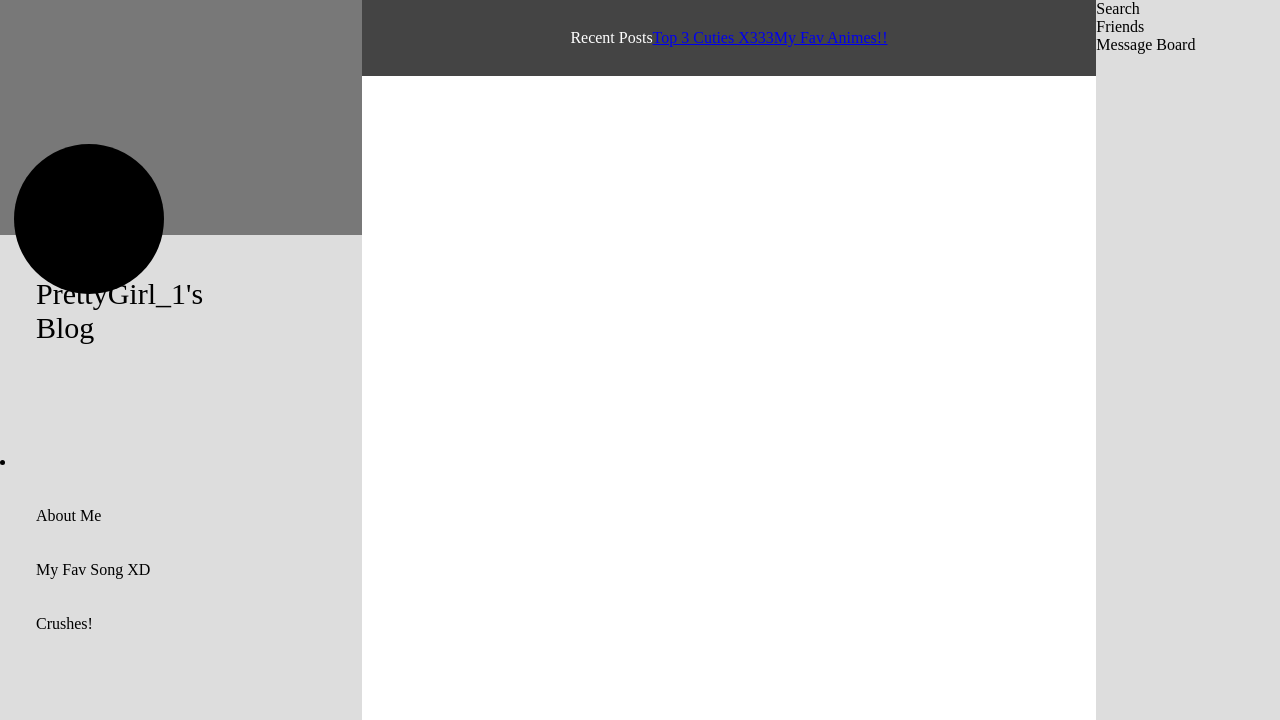
Repository: Jennica1/Frontend-Final
Page: index.html
These files come from the project's save history. The page is drawn as it stood at one moment and after the next save; the edit follows.
The browser window is 1280 px wide. The pictures show the whole page.

Above is the page before, as saved 2024-05-16 19:49:00.

### index.html
<!DOCTYPE html>
<html lang="en">

<head>
  <title>My Blog!!</title>
  <meta charset="UTF-8">
  <meta name="viewport" content="width=device-width, initial-scale=1">
  <link rel="stylesheet" href="style.css">
</head>

<body>
  <div class="content">

    <div class="flexbox">

      <div class="sidebar-wrapper">

        <!--Side Nav Left-->
        <div class="sidebar-left">
          <img src="images/Ellipse 1.svg" class="profile" width="150px" />
          <div class="background-container">
          <img src="images/Rectangle 2.svg" alt="background image" class="background-photo" />
          </div>
          <p class="username">@ponyboy_lovr22</p>
          <p class="nickname">PrettyGirl_1's Blog</p>
          <li class="sidebar-list">
            <ul class="item">About Me</ul>
            <ul class="item">My Fav Song XD</ul>
            <ul class="item">Crushes!</ul>
          </li>
        </div>
      </div>
      <!-- recents -->
      <div class="">
      </div>

      <div class="main-content"> <!-- PUT ALL MAIN CONTENT BELOW THE HEADER -->
        <!-- Header -->
        <header class="header">
          <li class="content-list">
            <ul>Recent Posts</ul>
            <ul><a class="rating-link" href="topThree.html">Top 3 Cuties X333</a></ul>
            <ul><a class="anime-link" href="anime.html">My Fav Animes!!</a></ul>
          </li>
        </header>
      </div>

      <!-- Pagination
    <div class="">
      <div class="">
        <a href="#" class="">«</a>
        <a href="#" class="">1</a>
        <a href="#" class="">2</a>
        <a href="#" class="">3</a>
        <a href="#" class="">4</a>
        <a href="#" class="">»</a>
      </div>
    -->
      <!--Side Nav Right-->
      <div class="sidebar-right">
        <div>Search</div>
        <div>Friends</div>
        <div>Message Board</div>
      </div>
    </div>


  </div>
  </div>
</body>

</html>

### style.css
* {
  margin: 0;
  padding: 0;
}

.content {
  display: flex;
  flex-direction: column;
}

.flexbox {
  display: flex;
  flex-direction: row;
  justify-content: space-between;
  gap: 0;
}

.sidebar-wrapper {
  display: flex;
  justify-content: center;
  height: 100vh;

}

.sidebar-left {
  position: relative;
  background-color: rgb(221, 221, 221);
  z-index: 0;
  padding-right: 9.1rem;
  width: 30vh;
}

.profile {
  z-index: 1;
  position: absolute;
  margin-top: 20vh;
  margin-left: 2vh;
}

.background-photo {
  position: absolute;
  top: 0;
  left: 0;
  width: 100%;

  object-fit: cover;

}

.background-container {
  width: 100%;
}

.username {
  margin-top: 30vh;
  margin-left: 20vh;
}
.nickname {
  font-size: 30px;
  margin-top: 6vh;
  margin-left: 5vh;
}
.sidebar-list {
margin-top: 15vh;
}
.item {
  margin: 5vh;
}

.content-list {
  display: flex;
  margin: 4vh;
}


.sidebar-right {
  background-color: rgb(221, 221, 221);
  z-index: 0;
  width: 25%;
}

.header {
  background-color: #444444;
  color: #ffffff;
  display: flex;
  justify-content: center;
}

.main-content {
  width: 100%;
}

After the next save:
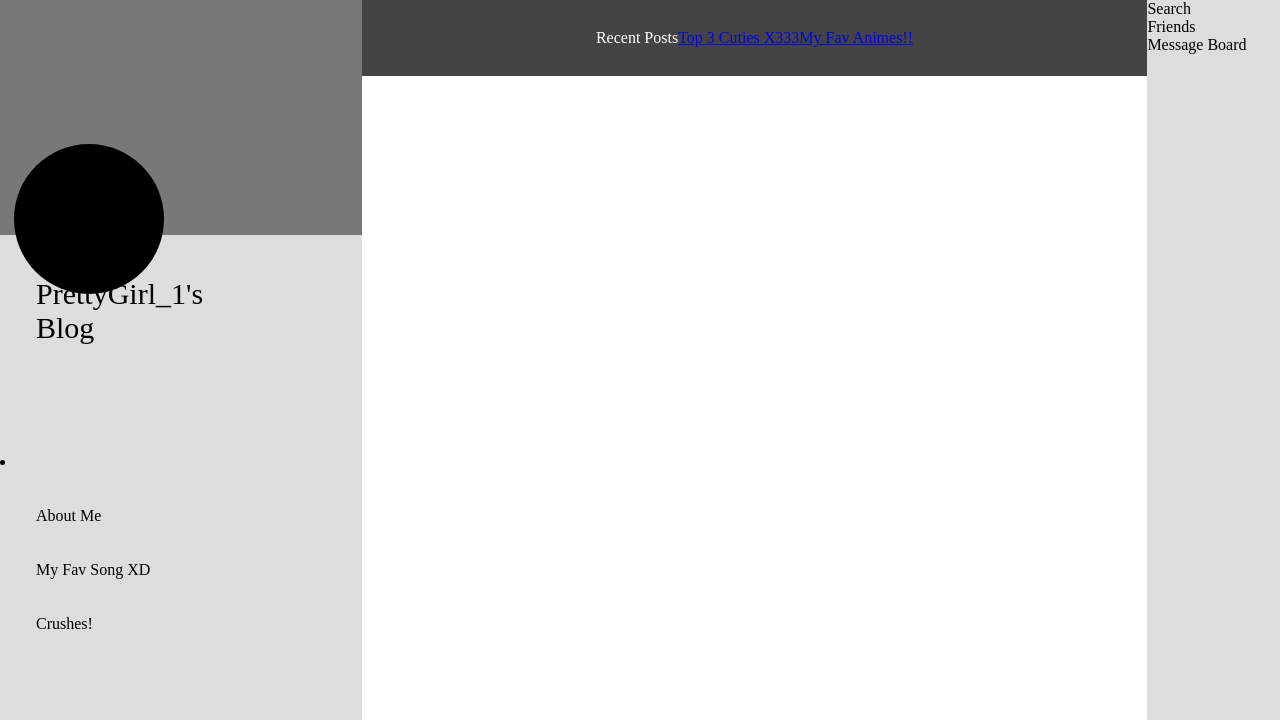
Saved 31 s later.
--- a/style.css
+++ b/style.css
@@ -55,14 +55,17 @@
   margin-top: 30vh;
   margin-left: 20vh;
 }
+
 .nickname {
   font-size: 30px;
   margin-top: 6vh;
   margin-left: 5vh;
 }
+
 .sidebar-list {
-margin-top: 15vh;
+  margin-top: 15vh;
 }
+
 .item {
   margin: 5vh;
 }
@@ -76,7 +79,7 @@ margin-top: 15vh;
 .sidebar-right {
   background-color: rgb(221, 221, 221);
   z-index: 0;
-  width: 25%;
+  width: 30vh;
 }
 
 .header {
